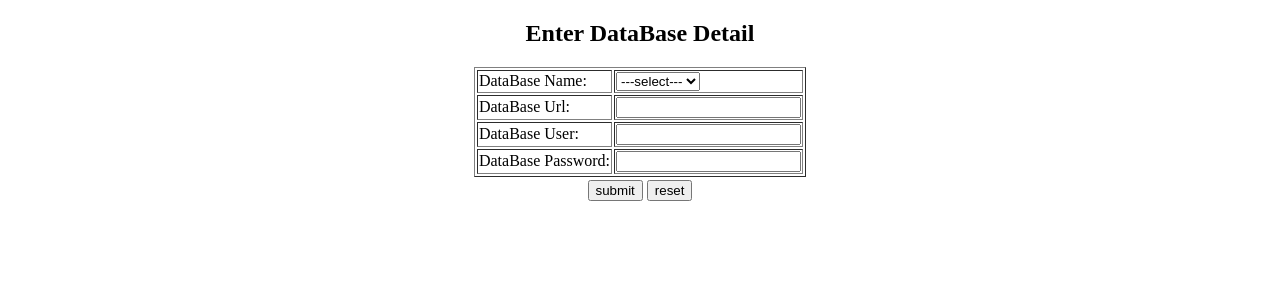
Repository: manish1905/MetaData_Details
Page: http://localhost/MetaData_Details/dbDetails
The author's editor kept a copy of each file at every save. The page is drawn from the files as they stood at one save, then again after the next save.
The browser window is 1280 px wide. The pictures show the whole page.
Some web libraries are served in a nearby version. The page is served by Tomcat 9. Other server files are loaded and not shown.

Above is the page before, as saved 2019-01-03 08:45:21.

### MetaData_Details/web/WEB-INF/jsps/dbDetail.jsp
<%@ page language="java" contentType="text/html; charset=ISO-8859-1"
    pageEncoding="ISO-8859-1"%>
    <%@ taglib prefix="form" uri="http://www.springframework.org/tags/form"%>

<!DOCTYPE html PUBLIC "-//W3C//DTD HTML 4.01 Transitional//EN" "http://www.w3.org/TR/html4/loose.dtd">
<html>
<head>
<meta charset="ISO-8859-1">
<title>DataBase Data</title>
<script  type="text/javascript">
	function inputField()
	{
		 var selectItem=document.getElementById("dbName").value;
		if(selectItem=='OracleDB')
		{
			document.getElementById("url").value='jdbc:oracle:thin:@';
		}
		 if(selectItem=='SQL')
			{
			document.getElementById("url").value='jdbc:mysql://';
			}
		if(selectItem=='DB2')
			{
			document.getElementById("url").value='jdbc:db2:';
			}
			if(selectItem=='Sybase')
				{
				document.getElementById("url").value='jdbc:sybase:Tds:';
				}
	}

</script>
</head>


<body>


	<form:form method="POST" action="dbDetailSuccess" modelAttribute="dataBaseBean">
	<h2 align="center">Enter DataBase Detail</h2>
	<table align="center" border="1">
	<tr>
	<td>DataBase Name:</td>
	<td><form:select path="dbName" onchange="javascript:inputField()" id="dbName">
	<form:option value="None" label="---select---"/>
	<form:option value="OracleDB" label="OracleDB"/>
	<form:option value="SQL" label="SQL"/>
	<form:option value="DB2" label="DB2"/>
	<form:option value="Sybase" label="Sybase"/>
	</form:select></td>
	</tr>
	<tr>
	<td>DataBase Url:</td>
	<td><form:input name="url" path="url" id="url"/></td>
	</tr>
	<tr>
	<td>DataBase User:</td>
	<td><form:input name="user" path="user"/></td>
	</tr>
	<tr>
	<td>DataBase Password:</td>
	<td><form:password name="password" path=""/></td>
	</tr>

	</table>
	<table align="center">
	<tr>
	<td><input type="submit" value="submit"/></td>
	<td><input type="reset" value="reset"/></td>
	</tr>
	</table>
	</form:form>
</body>
</html>

After the next save:
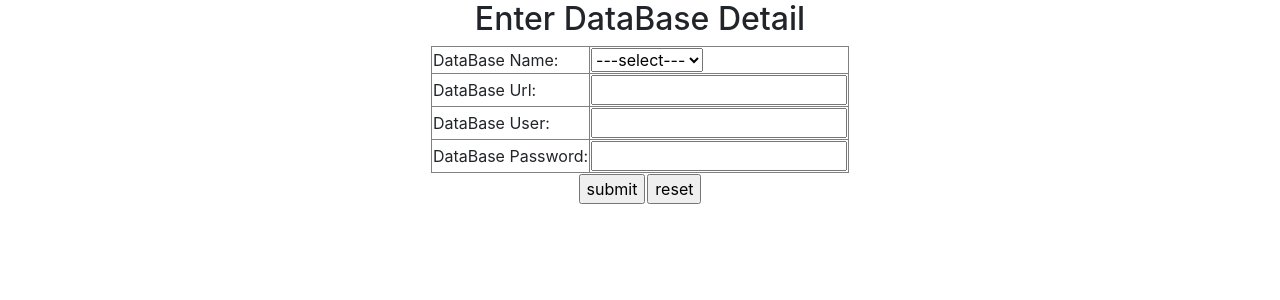
Console error: TypeError: Cannot read properties of undefined (reading 'fn')
Saved 21 h 0 min later.
--- a/MetaData_Details/web/WEB-INF/jsps/dbDetail.jsp
+++ b/MetaData_Details/web/WEB-INF/jsps/dbDetail.jsp
@@ -6,6 +6,9 @@
 <html>
 <head>
 <meta charset="ISO-8859-1">
+ <link href="//maxcdn.bootstrapcdn.com/bootstrap/4.1.1/css/bootstrap.min.css" rel="stylesheet" id="bootstrap-css">
+<script src="//maxcdn.bootstrapcdn.com/bootstrap/4.1.1/js/bootstrap.min.js"></script>
+<script src="//cdnjs.cloudflare.com/ajax/libs/jquery/3.2.1/jquery.min.js"></script>
 <title>DataBase Data</title>
 <script  type="text/javascript">
 	function inputField()

After the save that followed:
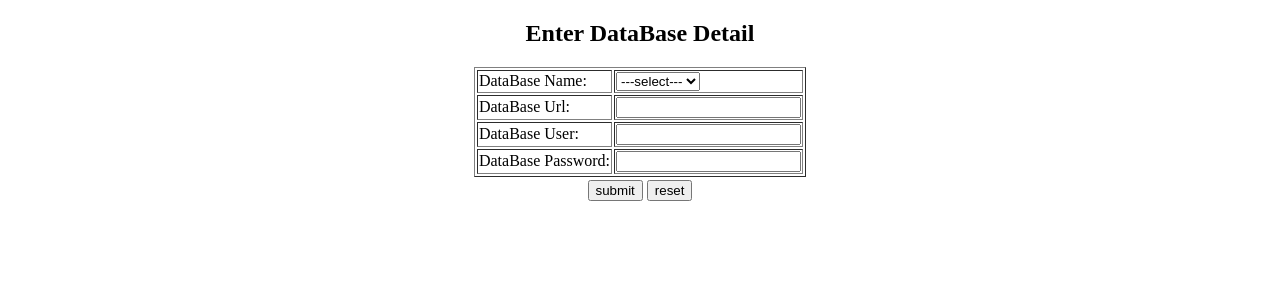
The error is gone.
Saved 73 s later.
--- a/MetaData_Details/web/WEB-INF/jsps/dbDetail.jsp
+++ b/MetaData_Details/web/WEB-INF/jsps/dbDetail.jsp
@@ -6,9 +6,6 @@
 <html>
 <head>
 <meta charset="ISO-8859-1">
- <link href="//maxcdn.bootstrapcdn.com/bootstrap/4.1.1/css/bootstrap.min.css" rel="stylesheet" id="bootstrap-css">
-<script src="//maxcdn.bootstrapcdn.com/bootstrap/4.1.1/js/bootstrap.min.js"></script>
-<script src="//cdnjs.cloudflare.com/ajax/libs/jquery/3.2.1/jquery.min.js"></script>
 <title>DataBase Data</title>
 <script  type="text/javascript">
 	function inputField()
